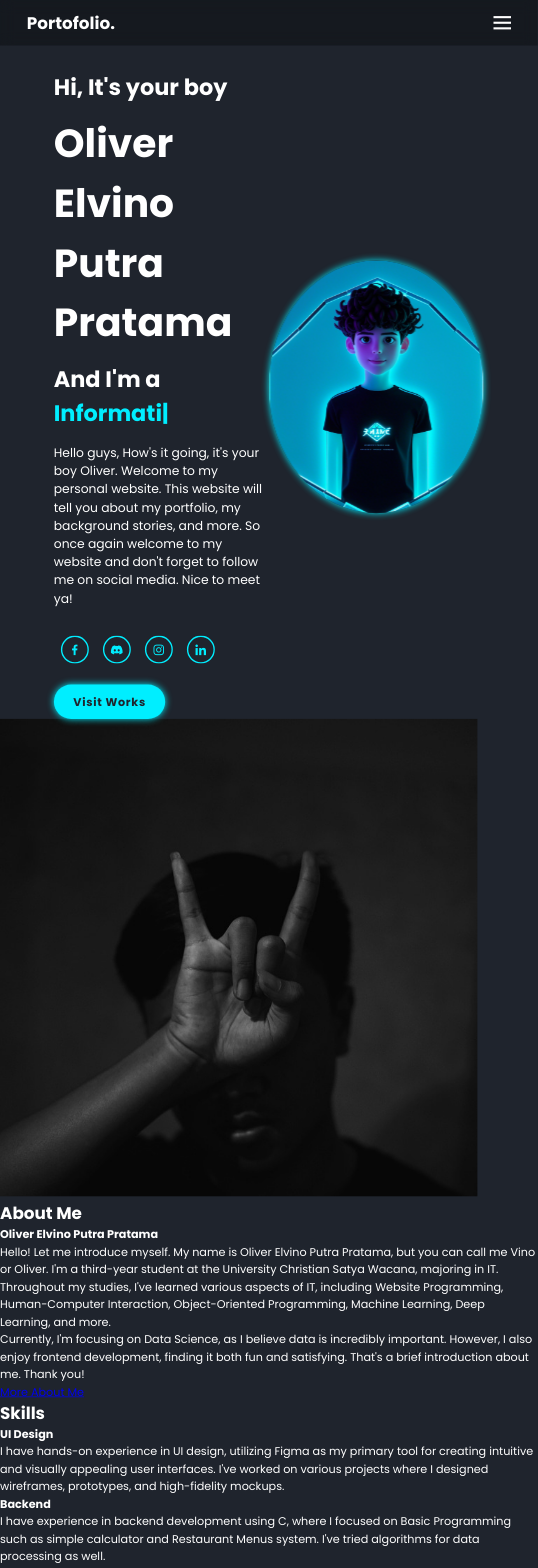
Repository: Olovrelvino/personalWebsite-HtmlCssJs-project
Page: main.html
An editor plug-in stored every save of this project. The page is shown before and after the next save, followed by the edit.
The browser window is 768 px wide. The pictures show the part of the page from y = 0 to 2240 px (the page is 3600 px tall before and 3981 px after), at 70% of full size.
Some web libraries are served in a nearby version.

Above is the page before, as saved 2024-09-23 22:34:58.

### main.html
<!DOCTYPE html>
<html lang="en">
<head>
    <meta charset="UTF-8">
    <meta name="viewport" content="width=device-width, initial-scale=1.0">
    <title>Oliver's Portofolio</title>
    <link href='https://unpkg.com/boxicons@2.1.4/css/boxicons.min.css' rel='stylesheet'>
    <link rel="stylesheet" href="style.css">
</head>

<body>

    <!-- NAVBAR SECTION -->
    <header class="header">
        <a href="#" class="logo">Portofolio.</a>

        <nav class="navbar">
          <div class="hamburger-menu">
            <div class="bar"></div>
            <div class="bar"></div>
            <div class="bar"></div>
          </div>
          <ul class="nav-menu">
            <li><a href="#home" class="nav-links" style="--i:1;">Home</a></li>
            <li><a href="#about" class="nav-links" style="--i:2;">About</a></li>
            <li><a href="#Skills" class="nav-links" style="--i:3;">Skills</a></li>
            <li><a href="portofolio.html" class="nav-links" style="--i:4;">Portofolio</a></li>
            <li><a href="#contact" class="nav-links" style="--i:5;">Contact</a></li>
          </ul>
        </nav>
      </header>

      <section id="home" class="section home">
        <div class="home-content">
          <h3>Hi, It's your boy</h3>
          <h1>Oliver Elvino Putra Pratama</h1>
          <h3>And I'm a <span class="multiple-text"></span></h3>
          <p>Hello guys, How's it going, it's your boy Oliver. Welcome to my personal website. This website will tell you about my portfolio, my background stories, and more. So once again welcome to my website and don't forget to follow me on social media. Nice to meet ya!</p>
          <div class="social-media">
            <a href="#" style="--i:7;"><i class="bx bxl-facebook"></i></a>
            <a href="#" style="--i:8;"><i class='bx bxl-discord-alt'></i></a>
            <a href="#" style="--i:9;"><i class="bx bxl-instagram"></i></a>
            <a href="#" style="--i:10;"><i class="bx bxl-linkedin"></i></a>
          </div>
          <a href="#" class="btn">Visit Works</a>
        </div>
        <div class="home-img">
          <img src="imagePW.png" alt="Oliver Elvino">
        </div>
      </section>

      <!-- About Section -->
<section id="about" class="section about">
    <div class="about-container">
      <div class="about-img">
        <img src="vino2.jpg" alt="Oliver Elvino">
      </div>
      <div class="about-text">
        <h2>About Me</h2>
        <h4>Oliver Elvino Putra Pratama</h4>
        <p>Hello! Let me introduce myself. My name is Oliver Elvino Putra Pratama, but you can call me Vino or Oliver. I'm a third-year student at the University Christian Satya Wacana, majoring in IT. Throughout my studies, I've learned various aspects of IT, including Website Programming, Human-Computer Interaction, Object-Oriented Programming, Machine Learning, Deep Learning, and more.</p>
        <p>Currently, I'm focusing on Data Science, as I believe data is incredibly important. However, I also enjoy frontend development, finding it both fun and satisfying. That's a brief introduction about me. Thank you!</p>
        <a href="#" class="btn-content">More About Me</a>
      </div>
    </div>
  </section>

  <!-- Skills Section -->
  <section id="Skills" class="section Skills">
    <h2 class="skills-heading">Skills</h2>
    <div class="Skills-container">
      <div class="Skills-box">
        <h4>UI Design</h4>
        <p>I have hands-on experience in UI design, utilizing Figma as my primary tool for creating intuitive and visually appealing user interfaces. I've worked on various projects where I designed wireframes, prototypes, and high-fidelity mockups.</p>
      </div>
      <div class="Skills-box">
        <h4>Backend</h4>
        <p>I have experience in backend development using C, where I focused on Basic Programming such as simple calculator and Restaurant Menus system. I've tried algorithms for data processing as well.</p>
      </div>
      <div class="Skills-box">
        <h4>Frontend</h4>
        <p>I have experience in frontend development, using HTML, CSS, and JavaScript to build responsive and dynamic websites. I've created user-friendly interfaces, ensuring cross-browser compatibility and optimizing for performance.</p>
      </div>
      <div class="Skills-box">
        <h4>Database</h4>
        <p>I have experience in database management using MySQL, Oracle APEX, and ERD. I've designed and optimized relational databases, created detailed ER diagrams to model data structures, and implemented them in MySQL for efficient data handling.</p>
      </div>
    </div>
  </section>

     <section class="contact" id="contact">
        <h2 class="heading">Contact <span class="highlight">Me</span></h2>

        <form action="">
            <div class="input-group">
                <div class="input-box">
                    <input type="text" placeholder="Full name">
                    <input type="email" placeholder="Email">
                </div>
                <div class="input-box">
                    <input type="number" placeholder="Phone Number">
                    <input type="text" placeholder="Subject">
                </div>
            </div>

            <div class="input-group-2">
                <textarea name="" id="" cols="30" rows="10" placeholder="Your Message"></textarea>
                <input type="submit" value="Send Message" class="btn-contact">
            </div>
        </form>
     </section>

     <!-- Footer Section -->
     <footer class="footer">
        <div class="social">
            <a href="#" style="--i:7;"><i class='bx bxl-instagram'></i></a>
            <a href="#" style="--i:8;"><i class='bx bxl-facebook' ></i></a>
            <a href="#" style="--i:9;"><i class='bx bxl-discord-alt' ></i></a>
            <a href="#" style="--i:10;"><i class='bx bxl-github'></i></a>
        </div>

        <ul class="list">
            <li>
                <a href="#">FAQ</a>
            </li>

            <li>
                <a href="#">About</a>
            </li>

            <li>
                <a href="#">Portfolio</a>
            </li>

            <li>
                <a href="#">Contact</a>
            </li>
            <p class="copyright">
                © Oliver Elvino | All Right Reserved
            </p>
        </ul>
     </footer>

    <script src="https://unpkg.com/typed.js@2.1.0/dist/typed.umd.js"></script>
    <script src="script.js"></script>
</body>
</html>

### style.css
@import url('https://fonts.googleapis.com/css?family=Poppins:400,700,900');

* {
    margin: 0;
    padding: 0;
    border: none;
    outline: none;
    scroll-behavior: smooth;
    box-sizing: border-box;
    font-family: 'Poppins', sans-serif;
}

body {
    background: #1f242d;
    color: #fff;
    overflow-x: hidden;

}

.header {
    position: fixed;
    top: 0;
    left: 0;
    width: 100%;
    padding: 15px 5%;
    background: rgba(0, 0, 0, 0.3);
    backdrop-filter: blur(10px);
    display: flex;
    justify-content: space-between;
    align-items: center;
    z-index: 100;
  }

  .logo {
    font-size: 1.5rem;
    color: #fff;
    text-decoration: none;
    font-weight: 600;
  }

  .navbar {
    display: flex;
    align-items: center;
  }

  .nav-menu {
    display: flex;
    list-style: none;
  }

  .nav-links {
    font-size: 1rem;
    color: #fff;
    text-decoration: none;
    font-weight: 500;
    margin-left: 35px;
    transition: .3s;
  }

  .nav-links:hover,
  .nav-links.active {
    color: #0ef;
  }

  .hamburger-menu {
    display: none;
    cursor: pointer;
  }

  .bar {
    display: block;
    width: 25px;
    height: 3px;
    margin: 5px auto;
    transition: all 0.3s ease-in-out;
    background-color: #fff;
  }

  @media screen and (max-width: 768px) {
    .hamburger-menu {
      display: block;
    }

    .hamburger-menu.active .bar:nth-child(2) {
      opacity: 0;
    }

    .hamburger-menu.active .bar:nth-child(1) {
      transform: translateY(8px) rotate(45deg);
    }

    .hamburger-menu.active .bar:nth-child(3) {
      transform: translateY(-8px) rotate(-45deg);
    }

    .nav-menu {
      position: fixed;
      left: -100%;
      top: 70px;
      gap: 0;
      flex-direction: column;
      background-color: rgba(0, 0, 0, 0.8);
      width: 100%;
      text-align: center;
      transition: 0.3s;
    }

    .nav-links {
      margin: 16px 0;
    }

    .nav-menu.active {
      left: 0;
    }
  }

  .home {
    min-height: 100vh;
    padding: 100px 5% 0;
    display: flex;
    justify-content: center;
    align-items: center;
    flex-direction: column-reverse;
  }

  .home-content {
    max-width: 100%;
    text-align: center;
  }

  .home-content h3 {
    font-size: 2rem;
    font-weight: 700;
    opacity: 0;
    animation: slideBottom 1s ease forwards;
    animation-delay: .7s;
  }

  .home-content h3 span {
    color:#0ef;
  }

  .home-content h3:nth-of-type(2) {
    margin-bottom: 20px;
    animation: slideTop 1s ease forwards;
    animation-delay: .7s;
  }

  .home-content h1 {
    font-size: 2.5rem;
    font-weight: 600;
    margin: 15px 0;
    opacity: 0;
    animation: slideRight 1s ease forwards;
    animation-delay: 1s;
  }

  .home-content p {
    font-size: 1rem;
    margin-bottom: 30px;
    opacity: 0;
    animation: slideLeft 1s ease forwards;
    animation-delay: 1s;
  }

  .home-img img {
    max-width: 300px;
    width: 100%;
    height: auto;
    border-radius: 50%;
    box-shadow: 0 0 10px #0ef;
    margin-bottom: 30px;
    opacity: 0;
    animation: zoomIn 1s ease forwards, floatImage 4s ease-in-out infinite;
    animation-delay: 2s, 3s;
  }

  .social-media {
    display: flex;
    justify-content: center;
    flex-wrap: wrap;
    margin-bottom: 20px;
  }

  .social-media a {
    display: inline-flex;
    justify-content: center;
    align-items: center;
    width: 40px;
    height: 40px;
    background: transparent;
    border: 2px solid #0ef;
    border-radius: 50%;
    font-size: 20px;
    color: #0ef;
    text-decoration: none;
    margin: 10px;
    transition: .5s ease;
    opacity: 0;
    animation: slideLeft 1s ease forwards;
    animation-delay: calc(.2s * var(--i));
  }

  .social-media a:hover {
    background: #0ef;
    color: #1f242d;
    box-shadow: 0 0 20px #0ef;
  }

  .btn {
    display: inline-block;
    padding: 12px 28px;
    background: #0ef;
    border-radius: 40px;
    box-shadow: 0 0 10px #0ef;
    font-size: 16px;
    color: #1f242d;
    letter-spacing: 1px;
    text-decoration: none;
    font-weight: 600;
    opacity: 0;
    animation: slideTop 1s ease forwards;
    animation-delay: 2s;
  }

  @media screen and (min-width: 768px) {
    .home {
      flex-direction: row;
      justify-content: space-between;
      text-align: left;
      padding: 100px 10% 0;
    }

    .home-content {
      max-width: 50%;
      text-align: left;
    }

    .home-content h1 {
      font-size: 3.5rem;
    }

    .home-content p {
      font-size: 1.1rem;
    }

    .home-img img {
      max-width: 400px;
      margin-bottom: 0;
    }

    .social-media {
      justify-content: flex-start;
    }
  }

  @media screen and (min-width: 1024px) {
    .home-content h1 {
      font-size: 4rem;
    }

    .home-content p {
      font-size: 1.2rem;
    }

    .home-img img {
      max-width: 450px;
    }
  }




.contact {
    margin-top: 50px;
    padding: 50px 20px;
    text-align: center;
}

.contact .heading {
    font-size: 56px;
    margin-bottom: 40px;
    font-weight: 600;
}

.highlight {
    color:#0ef;
}

.input-group, .input-group-2 {
    display: block;
    width: 100%;
    max-width: 600px;
    margin: 0 auto;
}


.input-box {
    width: 100%;
    margin-bottom: 20px;
}

input, textarea {
    width: 100%;
    padding: 15px;
    font-size: 16px;
    margin-bottom: 15px;
    border: 2px solid #303d43;
    border-radius: 10px;
    box-sizing: border-box;
}


textarea {
    height: 200px;
    resize: none;
}


.btn-contact {
    display: block;
    width: 30%;
    padding: 15px;
    background-color: #0ef;
    font-size: 16px;
    border: none;
    border-radius: 5px;
    cursor: pointer;
    transition: 0.3s ease;
    margin-top: 10px;
}

.btn-contact:hover {
    color:#1f242d;
    box-shadow: 0 0 25px #0ef;
}

.footer {
    position: relative;
    bottom: 0;
    width: 100%;
    padding: 40px 0;
    background-color: rgba(0, 0, 0, 0.3);

}

.footer .social {
    text-align: center;
    padding-bottom: 25px;
    color: #0ef;

}

.footer .social a {
    font-size: 25px;
    color: #0ef;
    border: 2px solid #0ef;
    width: 42px;
    height: 42px;
    line-height: 42px;
    display: inline-block;
    text-align: center;
    border-radius: 50%;
    margin: 0 10px;
    transition: 0.3s ease-in-out;

}

.footer .social a:hover {
    transform: scale(1.2)translateY(-10px);
    background-color: #0ef;
    color:#1f242d;
    box-shadow: 0 0 25px #0ef;
}

.footer ul {
    margin-top: 0;
    padding: 0;
    font-size: 18px;
    line-height: 1.6;
    margin-bottom: 0;
    text-align: center;
}

.footer ul li a {
    color:#fff;
    border-bottom: 3px solid transparent;
    transition: 0.3s ease-in-out;
}

.footer ul li a:hover {
    border-bottom: 3px solid #0ef;
}

.footer ul li {
    display: inline-block;
    padding: 0 15px;
}

.footer .copyright {
    margin-top: 50px;
    text-align: center;
    font-size: 16px;
    color:#fff;
}


/* KEYFRAMES ANIMATION */
@keyframes slideRight {
    0% {
        transform: translateX(-100px);
        opacity: 0;
    }

    100% {
        transform: translateX(0);
        opacity: 1;
    }
}

@keyframes slideLeft {
    0% {
        transform: translateX(100px);
        opacity: 0;
    }

    100% {
        transform: translateX(0);
        opacity: 1;
    }
}

@keyframes slideTop {
    0% {
        transform: translateY(100px);
        opacity: 0;
    }

    100% {
        transform: translateY(0);
        opacity: 1;
    }
}

@keyframes slideBottom {
    0% {
        transform: translateY(-100px);
        opacity: 0;
    }

    100% {
        transform: translateY(0);
        opacity: 1;
    }
}

@keyframes zoomIn {
    0% {
        transform: scale(0);
        opacity: 0;
    }

    100% {
        transform: scale(1);
        opacity: 1;
    }
}

@keyframes floatImage {
    0% {
        transform: translateY(0);

    }
    50% {
        transform: translateY(-24px);

    }
    100% {
        transform: translateY(0);

    }
}

### script.js
var typed = new Typed(".multiple-text", {
    strings: ["Student of UKSW", "Information Technology Major", "Code Anthusiast"],
    typeSpeed: 100,
    backSpeed: 100,
    backDelay: 1000,
    loop: true
})

// document.querySelectorAll('.navbar a').forEach(anchor => {
//     anchor.addEventListener('click', function(e) {
//         const target = document.querySelector(this.getAttribute('href'));

//         // Remove 'active' class from all links
//         document.querySelectorAll('.navbar a').forEach(link => {
//             link.classList.remove('active');
//         });

//         // Add 'active' class to the clicked link
//         this.classList.add('active');

//         // Smooth scroll to the section (only if the target exists)
//         if (target) {
//             e.preventDefault();
//             target.scrollIntoView({
//                 behavior: 'smooth'
//             });
//         }
//     });
// });

// // Mendapatkan semua elemen section yang ditargetkan
// const sections = document.querySelectorAll('section');
// const navLinks = document.querySelectorAll('.navbar a');

// // Fungsi untuk mengubah tautan yang aktif
// function changeActiveNav() {
//     let index = sections.length;

//     // Loop untuk menentukan bagian halaman mana yang sedang di viewport
//     while (--index && window.scrollY + 100 < sections[index].offsetTop) {}

//     // Hapus class 'active' dari semua tautan
//     navLinks.forEach((link) => link.classList.remove('active'));

//     // Tambahkan class 'active' pada tautan yang sesuai dengan bagian halaman
//     navLinks[index].classList.add('active');
// }

// // Event listener ketika halaman discroll
// window.addEventListener('scroll', changeActiveNav);

// // Event listener untuk klik pada tautan navbar
// navLinks.forEach((link) => {
//     link.addEventListener('click', function() {
//         // Hapus class 'active' dari semua tautan
//         navLinks.forEach((link) => link.classList.remove('active'));

//         // Tambahkan class 'active' pada tautan yang diklik
//         this.classList.add('active');
//     });
// });

// // Deteksi apakah halaman Portfolio sedang dibuka
// if (window.location.href.includes('portofolio.html')) {
//     document.querySelector('.navbar a[href="portofolio.html"]').classList.add('active');
// }

// Mengambil semua link navigasi dan bagian
const sections = document.querySelectorAll('section');
const navLinks = document.querySelectorAll('.navbar a');

// Fungsi untuk menambahkan kelas 'active' ke link navigasi
window.onscroll = () => {
    let current = "";

    sections.forEach(section => {
        const sectionTop = section.offsetTop;
        const sectionHeight = section.clientHeight;

        // Memeriksa jika posisi scroll berada di dalam section
        if (pageYOffset >= sectionTop - sectionHeight / 3) {
            current = section.getAttribute('id'); // Mendapatkan id dari section yang aktif
        }
    });

    navLinks.forEach(link => {
        link.classList.remove('active'); // Menghapus class active dari semua link
        if (link.getAttribute('href').includes(current)) {
            link.classList.add('active'); // Menambahkan class active ke link yang sesuai
        }
    });
};

document.addEventListener('DOMContentLoaded', () => {
    const hamburger = document.querySelector('.hamburger-menu');
    const navMenu = document.querySelector('.nav-menu');

    hamburger.addEventListener('click', () => {
      hamburger.classList.toggle('active');
      navMenu.classList.toggle('active');
    });

    document.querySelectorAll('.nav-links').forEach(n => n.addEventListener('click', () => {
      hamburger.classList.remove('active');
      navMenu.classList.remove('active');
    }));
  });

After the next save:
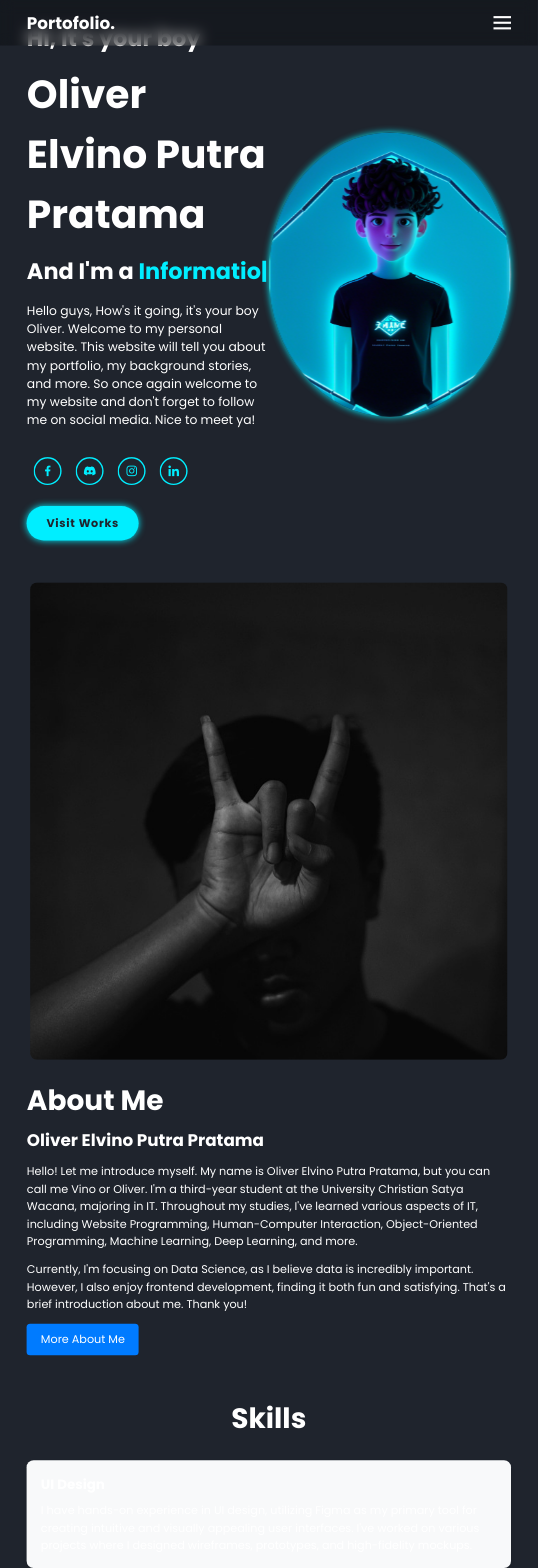
Saved 84 s later.
--- a/style.css
+++ b/style.css
@@ -269,7 +269,106 @@ body {
   }
 
 
-
+  .section {
+    padding: 50px 10%;
+  }
+
+  /* About section styles */
+  .about-container {
+    display: flex;
+    flex-wrap: wrap;
+    align-items: center;
+    justify-content: space-between;
+  }
+
+  .about-img {
+    flex: 1 1 300px;
+    max-width: 300px;
+    margin-right: 30px;
+  }
+
+  .about-img img {
+    width: 100%;
+    border-radius: 10px;
+  }
+
+  .about-text {
+    flex: 1 1 300px;
+  }
+
+  .about-text h2 {
+    font-size: 2.5rem;
+    margin-bottom: 10px;
+  }
+
+  .about-text h4 {
+    font-size: 1.5rem;
+    margin-bottom: 15px;
+  }
+
+  .about-text p {
+    margin-bottom: 15px;
+  }
+
+  .btn-content {
+    display: inline-block;
+    padding: 10px 20px;
+    background-color: #007bff;
+    color: #fff;
+    text-decoration: none;
+    border-radius: 5px;
+    transition: background-color 0.3s;
+  }
+
+  .btn-content:hover {
+    background-color: #0056b3;
+  }
+
+  /* Skills section styles */
+  .skills-heading {
+    font-size: 2.5rem;
+    text-align: center;
+    margin-bottom: 30px;
+  }
+
+  .Skills-container {
+    display: grid;
+    grid-template-columns: repeat(auto-fit, minmax(250px, 1fr));
+    gap: 20px;
+  }
+
+  .Skills-box {
+    background-color: #f8f9fa;
+    padding: 20px;
+    border-radius: 10px;
+    box-shadow: 0 4px 6px rgba(0, 0, 0, 0.1);
+  }
+
+  .Skills-box h4 {
+    font-size: 1.2rem;
+    margin-bottom: 10px;
+  }
+
+  /* Responsive styles */
+  @media screen and (max-width: 768px) {
+    .section {
+      padding: 30px 5%;
+    }
+
+    .about-container {
+      flex-direction: column;
+    }
+
+    .about-img {
+      margin-right: 0;
+      margin-bottom: 20px;
+      max-width: 100%;
+    }
+
+    .Skills-container {
+      grid-template-columns: 1fr;
+    }
+  }
 
 .contact {
     margin-top: 50px;
